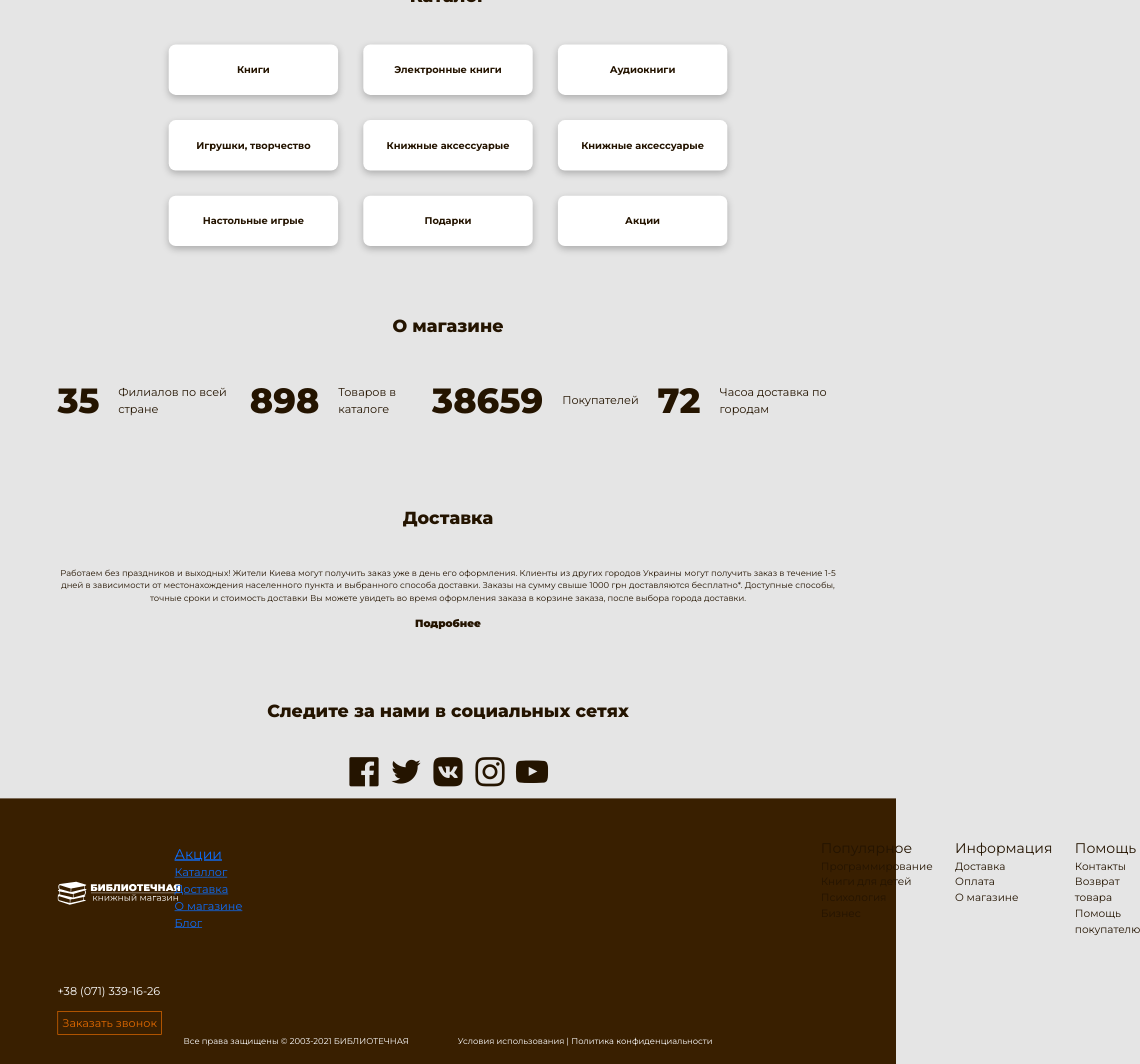
Repository: saidabbasun/Kutubxona
Page: /
These files come from the project's save history. The page is drawn as it stood at one moment and after the next save; the edit follows.
The browser window is 1280 px wide. The page is 1629 px wide, so the pictures cover 1629 px, including what lies to the right of the window. The pictures show the part of the page from y = 2342 to 3862 px (the page is 3862 px tall), at 70% of full size.
The project was rebuilt for these pictures with package versions that can differ from the ones it lists, and the page was loaded fresh each time.

Above is the page before, as saved 2022-05-31 05:27:31.

After the next save:
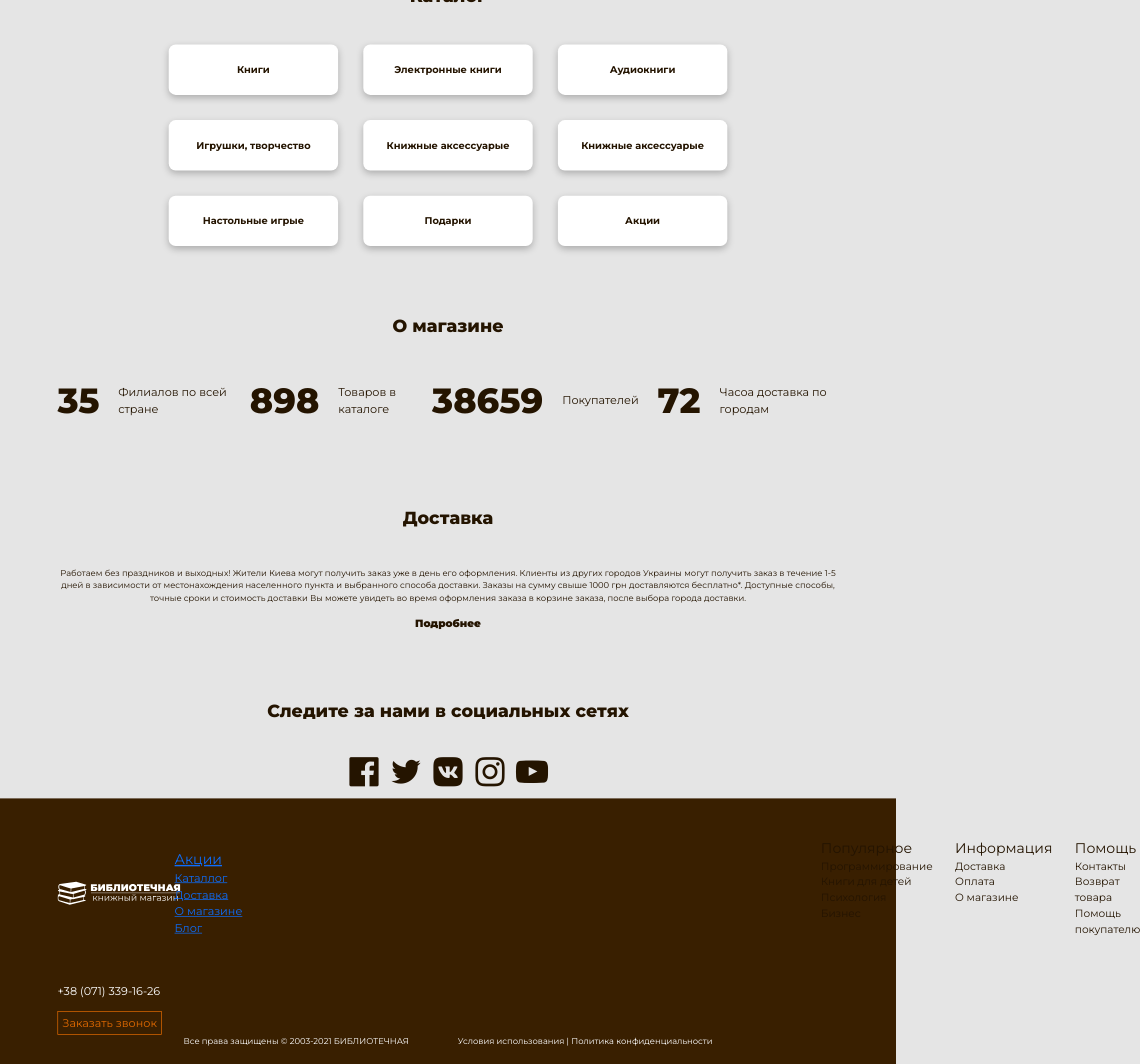
Saved 6 s later.
--- a/src/Components/Footer/Footer.jsx
+++ b/src/Components/Footer/Footer.jsx
@@ -12,7 +12,7 @@
        </div>
        <div className='footerNavMenu'>
 
-        <p className="menu ">
+        <div className="menu ">
       <li className="item ">
         <a className="link" href="#">Акции </a>
       </li>
@@ -29,7 +29,7 @@
       <li className="item">
         <a className="link " href="#">Блог</a>
       </li>
-    </p>
+    </div>
         </div>
       <div className="List">
         <ul>
